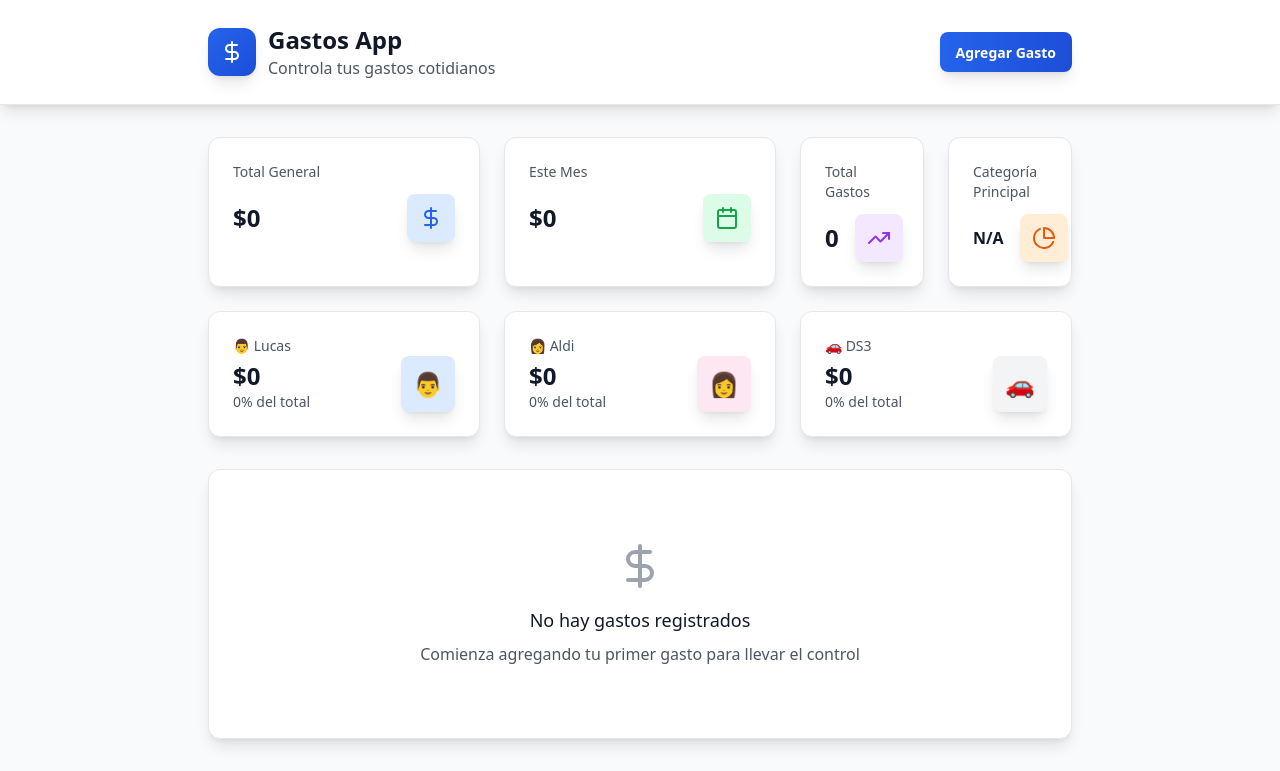
Repository: lucastenaglia/Gastosapp
Page: /
The author's editor kept a copy of each file at every save. The page is drawn from the files as they stood at one save, then again after the next save.
The browser window is 1280 px wide. The pictures show the whole page.
The page's requests for data from a server got no answer. The project was rebuilt for these pictures with package versions that can differ from the ones it lists, and the page was loaded fresh each time. No one was signed in, and anything a server would have sent is missing. Also part of the build but not shown: vite.config.js, src/components/ExpenseForm.jsx.

Above is the page before, as saved 2025-08-13 18:46:58.

After the next save:
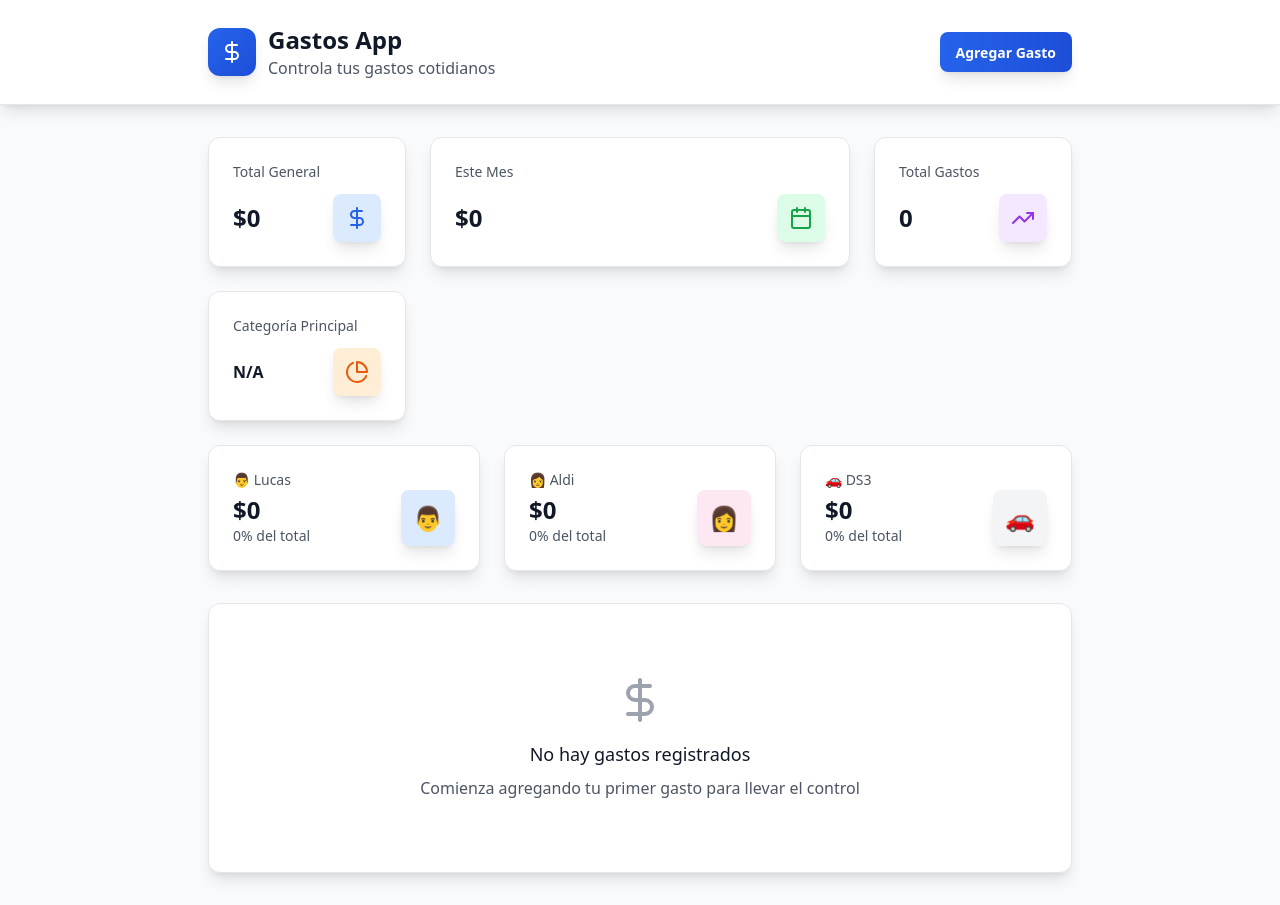
Saved 38 s later.
--- a/src/components/ExpenseSummary.jsx
+++ b/src/components/ExpenseSummary.jsx
@@ -39,10 +39,10 @@ const ExpenseSummary = ({ expenses }) => {
 
   return (
     <div className="space-y-4 sm:space-y-6">
-            {/* Primera fila - Estadísticas generales */}
-      <div className="grid grid-cols-2 lg:grid-cols-6 gap-3 sm:gap-6">
+                  {/* Primera fila - Estadísticas generales */}
+      <div className="grid grid-cols-2 lg:grid-cols-4 gap-3 sm:gap-6">
                  {/* Total General */}
-          <div className="card relative p-4 sm:p-6 lg:col-span-2">
+          <div className="card relative p-4 sm:p-6">
            <div className="space-y-3">
              <p className="text-xs sm:text-sm font-medium text-gray-600">Total General</p>
              <div className="flex items-center justify-between">
